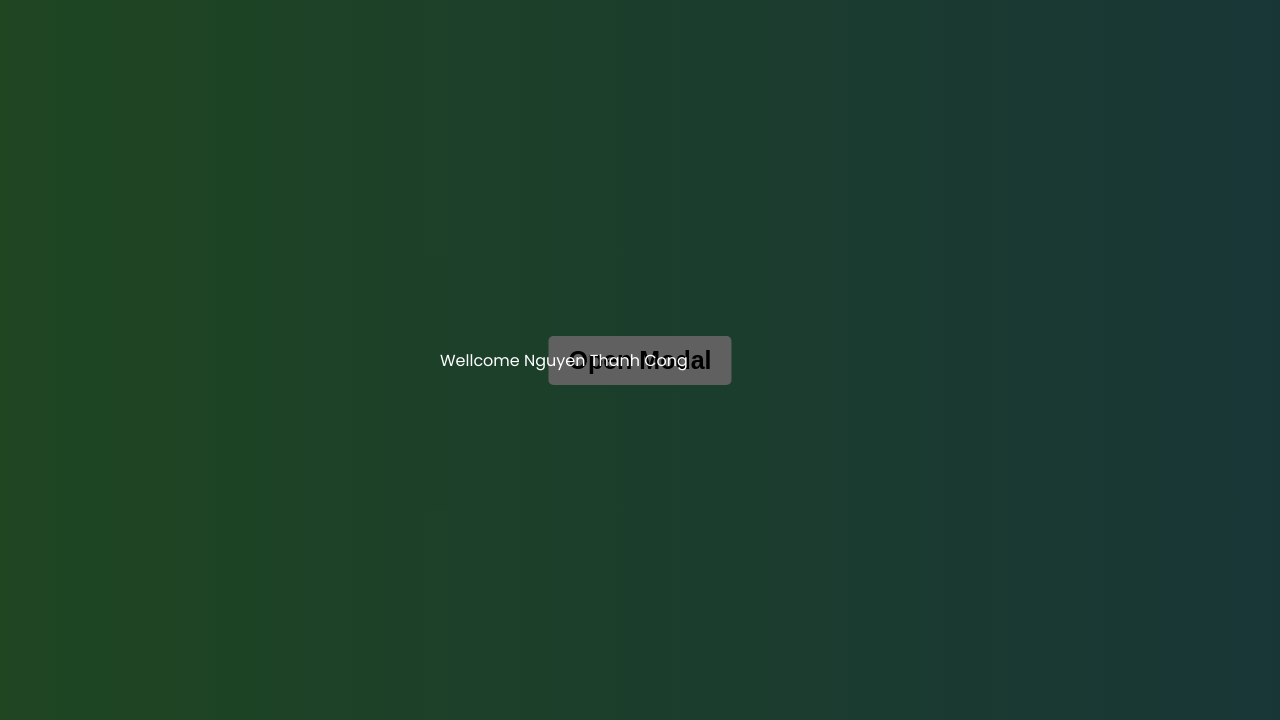
Repository: congnt98/Lean-javascript-in-project
Page: 30Days/3_Modal/index.html
The author's editor kept a copy of each file at every save. The page is drawn from the files as they stood at one save, then again after a run of saves.
The browser window is 1280 px wide. The pictures show the whole page.

Above is the page before, as saved 2024-02-18 20:16:52.

After the next 2 saves:
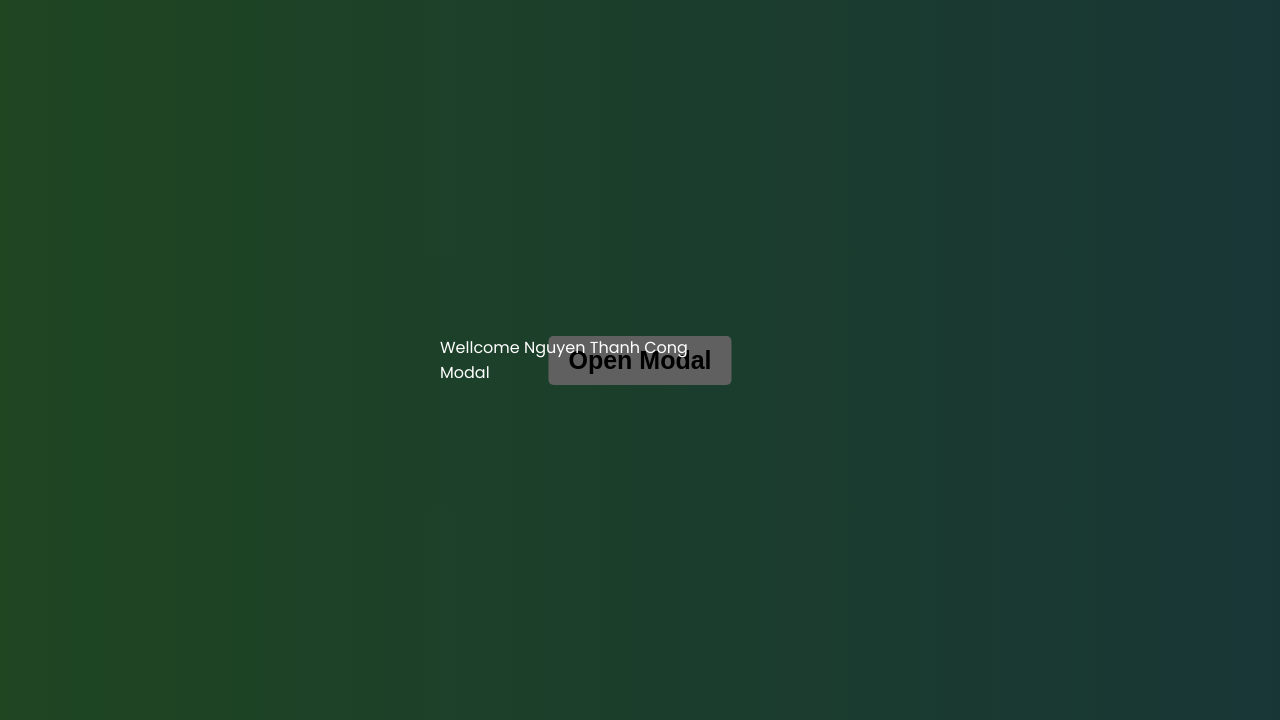
The 2 saves are shown as one change because they came seconds apart.
The last was saved 5 s later.
--- a/30Days/3_Modal/index.html
+++ b/30Days/3_Modal/index.html
@@ -23,8 +23,7 @@
                 <div class="modal__header">Wellcome Nguyen Thanh Cong</div>
                 <div class="modal__body">
                     <div class="title">
-
-                    </div>
+                        Modal</div>
                 </div>
                 <div class="modal__footer"></div>
             </div>
